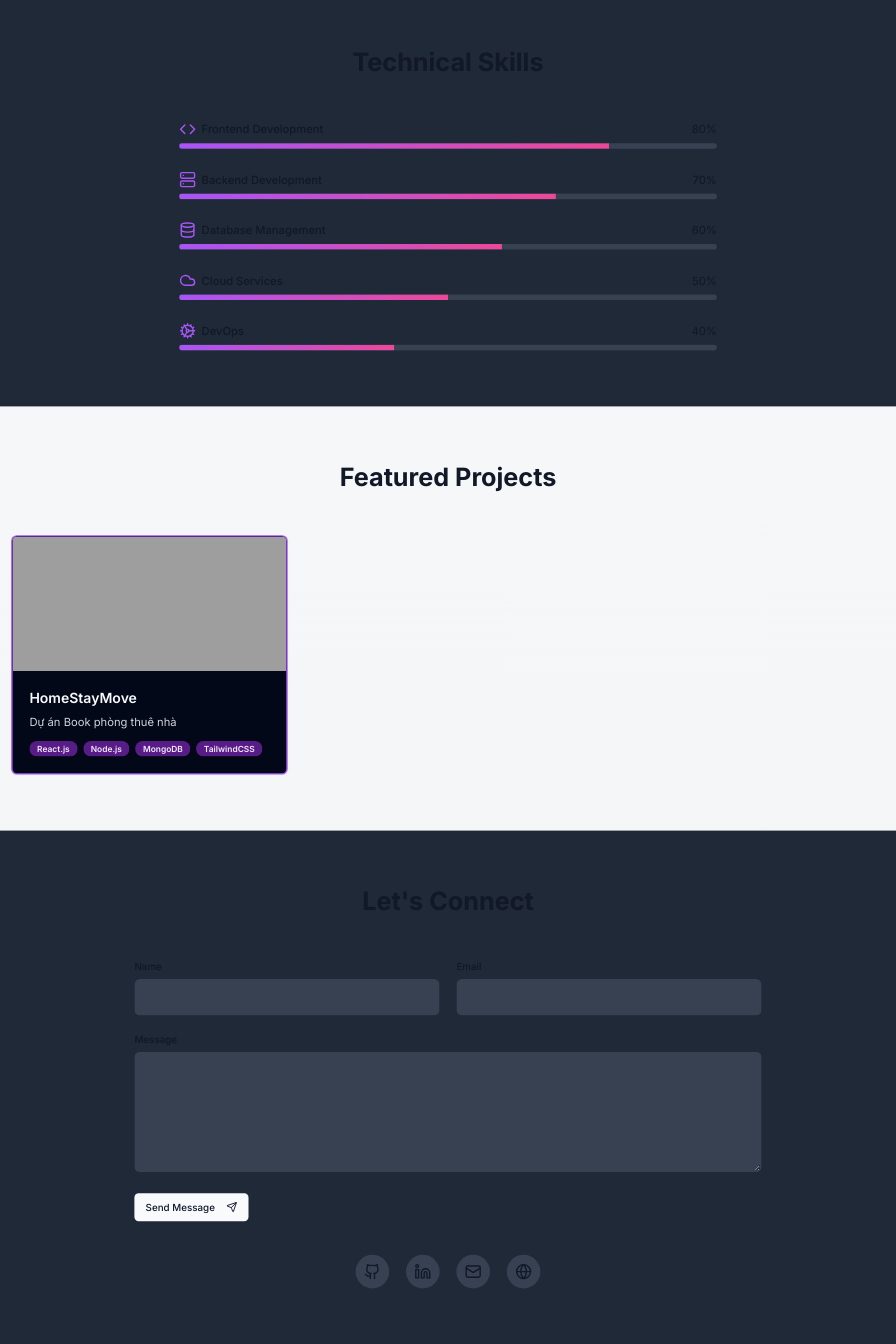
Repository: minhquang203/blog
Page: /
The author's editor kept a copy of each file at every save. The page is drawn from the files as they stood at one save, then again after the next save.
The browser window is 1280 px wide. The pictures show the part of the page from y = 732 to 2652 px (the page is 2652 px tall), at 70% of full size.
Pictures or frames that could not be fetched are drawn as grey boxes. The project was rebuilt for these pictures with package versions that can differ from the ones it lists, and the page was loaded fresh each time. The framework's server and built-in components were replaced by stand-ins that run in the browser. Also part of the build but not shown: next.config.ts.

Above is the page before, as saved 2024-12-31 00:33:35.

After the next save:
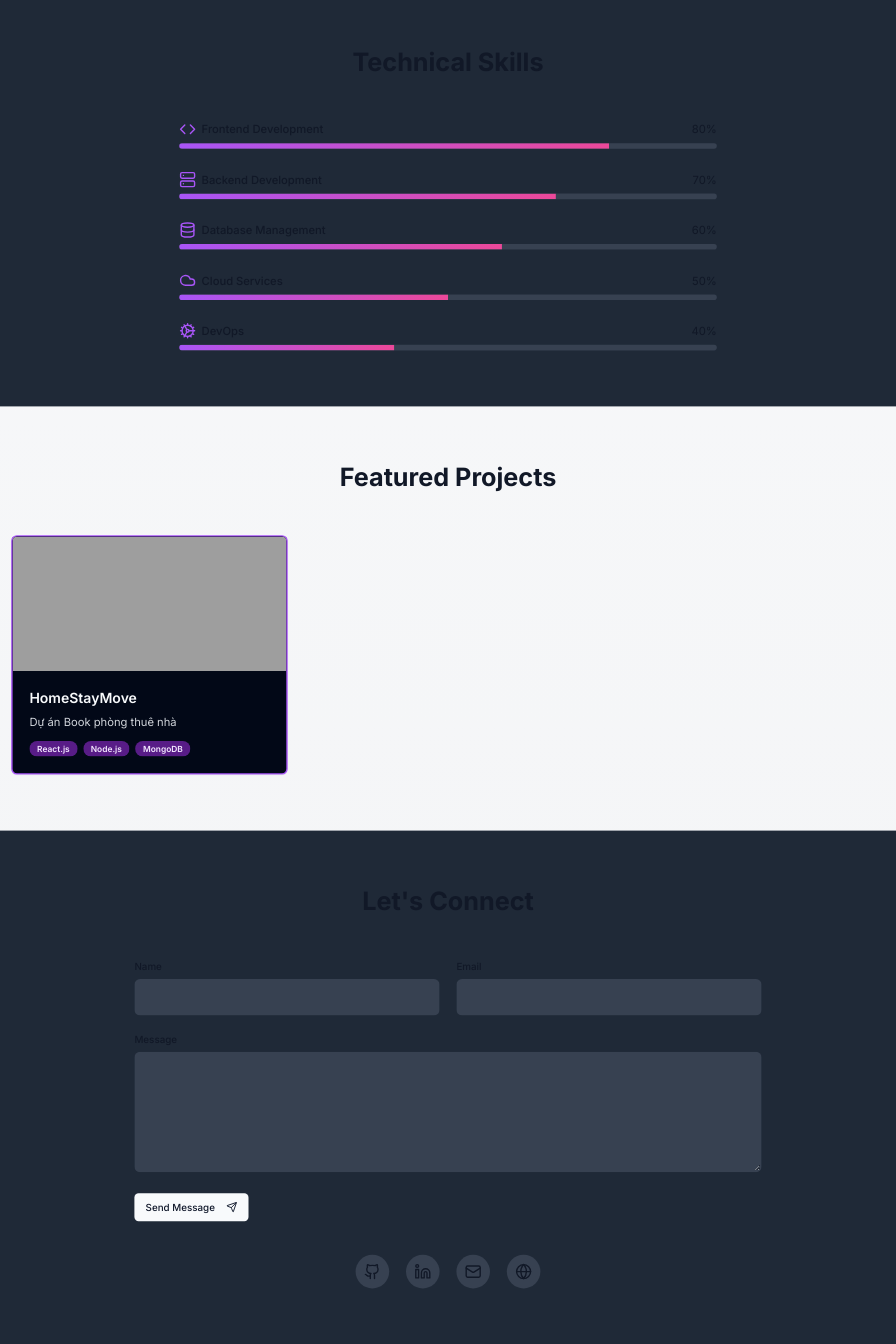
Saved 7 s later.
--- a/app/page.tsx
+++ b/app/page.tsx
@@ -58,7 +58,7 @@ export default function Home() {
       description:
         "Dự án Book phòng thuê nhà ",
       image: "/homestaymove.jpg?height=400&width=600", // Đảm bảo rằng bạn đã đặt hình ảnh này trong thư mục public
-      tags: ["React.js", "Node.js", "MongoDB", "TailwindCSS"],
+      tags: ["React.js", "Node.js", "MongoDB",],
       link: "https://homestaymove.example.com", // Thay thế bằng liên kết thực tế của dự án
       featured: true,
     },
